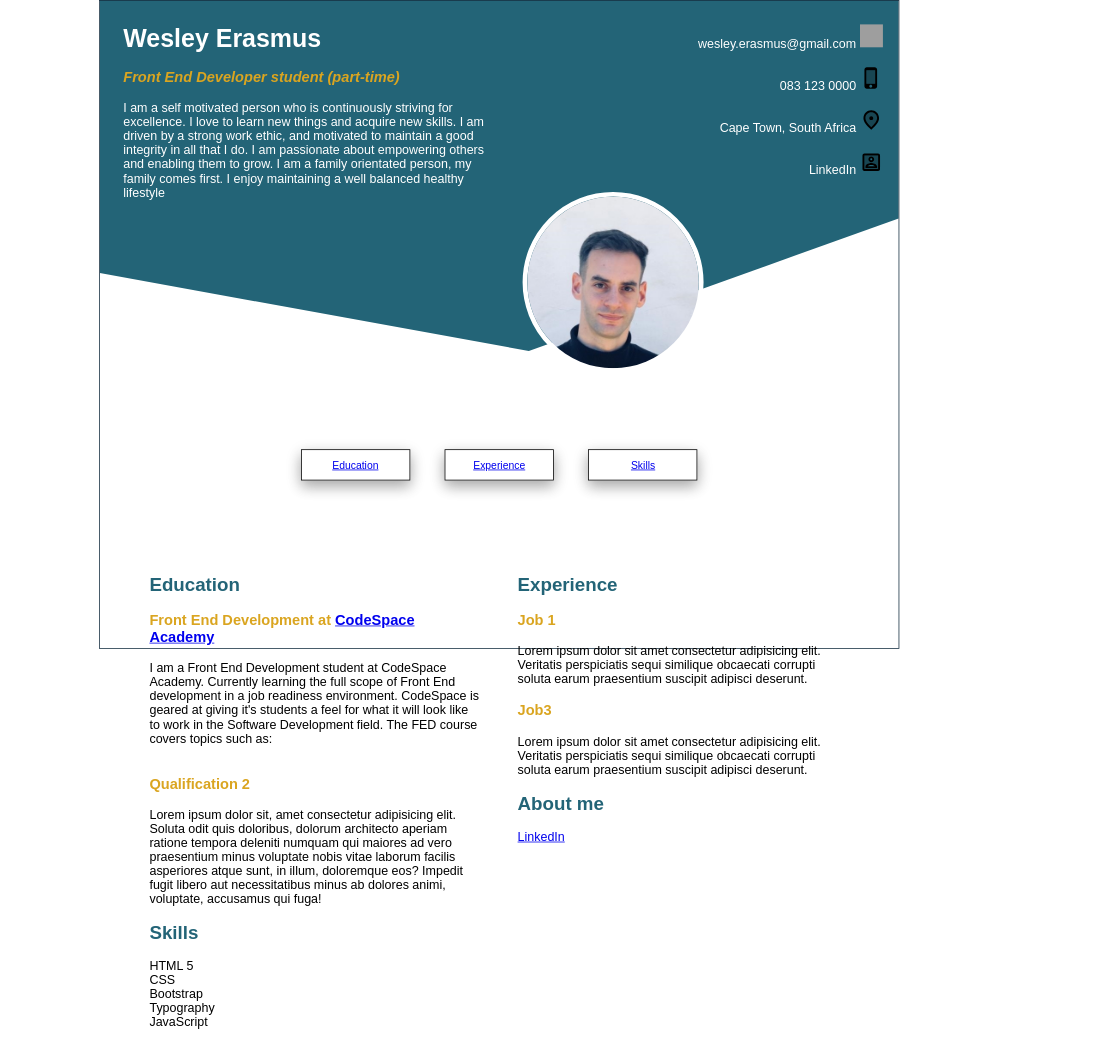
Repository: WesleyErasmus/myDigitalResume
Page: Resume-Projec-3/index.html
An editor plug-in stored every save of this project. The page is shown before and after the next save, followed by the edit.
The browser window is 1280 px wide. The page is 1408 px wide, then 1410 px, so the pictures cover 1410 px, including what lies to the right of the window. The pictures show the whole page, at 78% of full size.
Pictures or frames that could not be fetched are drawn as grey boxes.

Above is the page before, as saved 2022-02-12 17:43:06.

### Resume-Projec-3/index.html
<!DOCTYPE html>
<html lang="en">

<head>
  <meta charset="UTF-8">
  <meta http-equiv="X-UA-Compatible" content="IE=edge">
  <meta name="viewport" content="width=device-width, initial-scale=1.0">
  <title>Hello World</title>
  <link rel="stylesheet" href="styles.css">
</head>

<body>
  <header>
    <div class="title">
          <h1>Wesley Erasmus</h1>
          <h3> <em>Front End Developer student (part-time)</em></h3>
          <p>I am a self motivated person who is continuously striving for excellence. I love to learn new things and acquire new skills. I am driven by a strong work ethic, and motivated to maintain a good integrity in all that I do. I am passionate about empowering others and enabling them to grow. I am a family orientated person, my family comes first. I enjoy maintaining a well balanced healthy lifestyle</p>
    </div>

    <ul class="contact-details">
            <li>wesley.erasmus@gmail.com <img src="svg/email.svg" alt="Gmail" style="width: 30px; height: 30px;"> </li>

            <li>083 123 0000 <img src="svg/phone.svg" alt="Cell number" style="width: 30px; height: 30px;"> </li>

            <li>Cape Town, South Africa <img src="svg/location2.svg" alt="Location" style="width: 30px; height: 30px;"> </li>

            <li>LinkedIn </a> <img src="svg/account.svg" alt="LinkedIn profile" style="width: 30px; height: 30px;"> </li>
    </ul>


  </header>

    <img id="headshot" src="images/headshot.jpeg" alt="Portrait image of Wesley Erasmus">



    <svg width="1024px" >
      <polygon fill="#236477" points="0,0 1024,0 1024,280 550,450 0,350"/>
  </svg>

  <nav>

    <ul class="page-links">
      <li> <button><a href="#Education">Education</a></button></li>
      <li><button><a href="#Experience">Experience</a></button></li>
      <li><button><a href="#Skills">Skills</a></button></li>
    </ul>

  </nav>

  <main>

    <div class="flex-col-1">

      <h2 class="color-headings" id="Education">Education</h2>

      <h3>Front End Development at <a href="https://www.codespace.co.za/" target="_blank">CodeSpace Academy</a> </h3>

      <p>I am a Front End Development student at CodeSpace Academy. Currently learning the full scope of Front End development in a job readiness environment. CodeSpace is geared at giving it's students a feel for what it will look like to work in the Software Development field. The FED course covers topics such as:</p>
      <br>

        <h3>Qualification 2</h3>

      <p>Lorem ipsum dolor sit, amet consectetur adipisicing elit. Soluta odit quis doloribus, dolorum architecto
        aperiam ratione tempora deleniti numquam qui maiores ad vero praesentium minus voluptate nobis vitae laborum
        facilis asperiores atque sunt, in illum, doloremque eos? Impedit fugit libero aut necessitatibus minus ab
        dolores animi, voluptate, accusamus qui fuga!</p>




      <h2 class="color-headings" id="Skills">Skills</h2>

      <ul>
        <li>HTML 5</li>
        <li>CSS</li>
        <li>Bootstrap</li>
        <li>Typography</li>
        <li>JavaScript</li>
      </ul>

  </div>


    <div class="flex-col-1">
    <h2 class="color-headings" id="Experience">Experience</h2>
    <h3>Job 1</h3>
    <p>Lorem ipsum dolor sit amet consectetur adipisicing elit. Veritatis perspiciatis sequi similique obcaecati
      corrupti soluta earum praesentium suscipit adipisci deserunt.</p>
    <h3>Job3</h3>
    <p>Lorem ipsum dolor sit amet consectetur adipisicing elit. Veritatis perspiciatis sequi similique obcaecati
      corrupti soluta earum praesentium suscipit adipisci deserunt.</p>


    <h2 class="color-headings" >About me</h2>
    <p>
      <a href="https://www.linkedin.com/feed/" target="_blank">LinkedIn</a>
    </p>
  </div>

  </main>

</body>

</html>

### Resume-Projec-3/styles.css
* {
    margin: 0;
    padding: 0;
    font-family: sans-serif;
}
body {
max-width: 1024px;
max-height: 830px;
margin: 0 auto;
border: 1px solid #173042;
}
ul {
    list-style-type: none;
}
header {
    display: flex;
    width: 100%;
    color: #fff;
    margin-bottom: 50px;
}
h3 {
    color: goldenrod;
    margin-top: 20px;
    margin-bottom: 20px;
}
.contact-details {
    padding-top: 20px;
    width: 50%;
    text-align: right;
    list-style-type: none;
}
.contact-details li{
    padding: 10px 20px 10px 10px;
    text-align: right;
    list-style-type: none;
}

.title {
    width: 50%;
    padding: 30px;
}
#headshot{
    position: relative;
    float: right;
    right: 250px;
    top: -90px;
    width: 220px;
    height: 220px;
    border-radius: 50%;
    border: 6px solid #fff;
}

svg {
    display: block;
    width: 1024px;
    z-index: -1;
    position: absolute;
    top: 0;
    width: 100%;
    height: 500px;
}
nav {
    margin-top: 290px;
}
.page-links li{
    display: inline;
    background-color: #fff;
    margin: 20px;
}
button {
    color: #000;
    background-color: #fff;
    width: 140px;
    height: 40px;
    border: solid 1px black;
    box-shadow: 0 8px 16px 0 rgba(0,0,0,0.2), 0 6px 20px 0 rgba(0,0,0,0.19);
}
button:hover {
    cursor: pointer;
    background-color: goldenrod;

}
a:visited {
    color: #173042;
  }

  a:active {
    color: blue;
  }
/* button:click {
    cursor: pointer;

} */
.color-headings {
    color: #236477;
    margin: 20px 0 20px 0;
}
.page-links{
    text-align: center;
}

main {

    margin: 80px 40px 0 40px;
    display: flex;
    flex-direction: row;
}
.flex-col-1, .flex-col-2 {
    margin: 0 auto;
    text-align: left;
    width: 45%;
    padding: 20px;

}

After the next save:
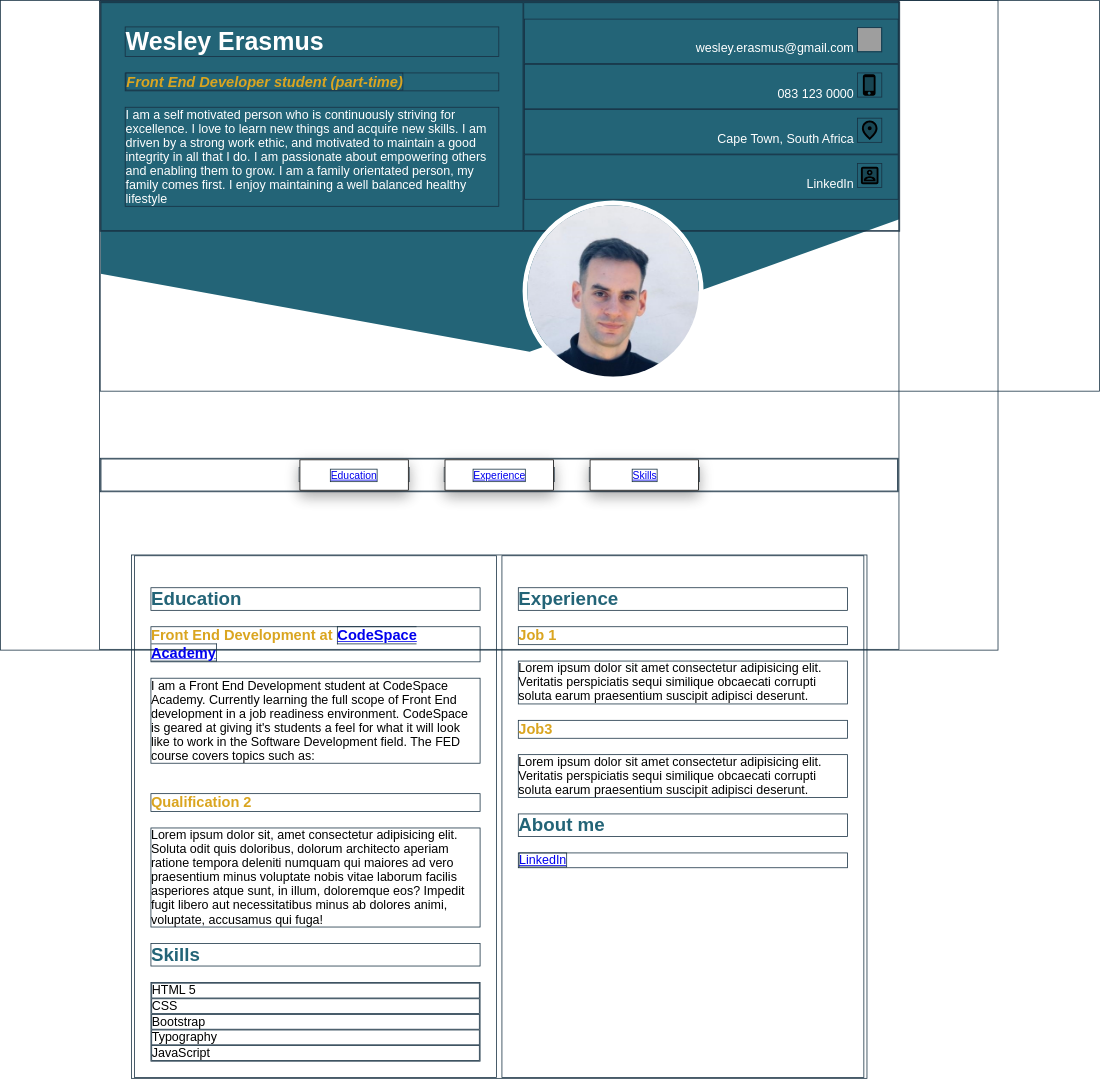
Saved 21 s later.
--- a/Resume-Projec-3/styles.css
+++ b/Resume-Projec-3/styles.css
@@ -2,12 +2,12 @@
     margin: 0;
     padding: 0;
     font-family: sans-serif;
+    border: 1px solid #173042;
 }
 body {
 max-width: 1024px;
 max-height: 830px;
 margin: 0 auto;
-border: 1px solid #173042;
 }
 ul {
     list-style-type: none;
